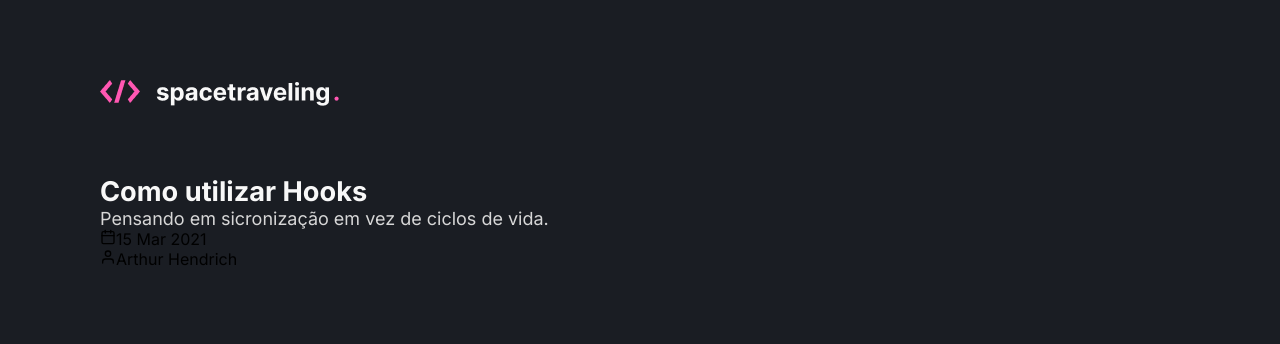
Repository: ArthurHendrich/Ignite-NextJS
Page: /
An editor plug-in stored every save of this project. The page is shown before and after the next save, followed by the edit.
The browser window is 1280 px wide. The pictures show the whole page.
The project was rebuilt for these pictures with package versions that can differ from the ones it lists, and the page was loaded fresh each time. The framework's server and built-in components were replaced by stand-ins that run in the browser.

Above is the page before, as saved 2022-07-09 15:41:17.

### src/pages/_document.tsx
import Document, { Head, Html, Main, NextScript } from 'next/document';

export default class MyDocument extends Document {
  render() {
    return (
      <Html>
        <Head>
          <link rel="preconnect" href="https://fonts.googleapis.com" />
          <link href="https://fonts.googleapis.com/css2?family=Inter:wght@400;600;700&display=swap" rel="stylesheet" />
        </Head>
        <body>
          <Main />
          <NextScript />
        </body>
      </Html>
    );
  }
}

### src/pages/index.tsx
import { GetStaticProps } from 'next';

import { getPrismicClient } from '../services/prismic';

import commonStyles from '../styles/common.module.scss';
import styles from './home.module.scss';
import { FiCalendar, FiUser } from 'react-icons/fi';

interface Post {
  uid?: string;
  first_publication_date: string | null;
  data: {
    title: string;
    subtitle: string;
    author: string;
  };
}

interface PostPagination {
  next_page: string;
  results: Post[];
}

interface HomeProps {
  postsPagination: PostPagination;
}

export default function Home() {
  return (
    <main className={commonStyles.Container}>
      <div className={styles.Container}>
        <h1>Como utilizar Hooks</h1>
        <p>Pensando em sicronização em vez de ciclos de vida.</p>
        <div className={styles.ContentInfo}>
          <div className={styles.Date}>
            <FiCalendar />
            <span>15 Mar 2021</span>
          </div>
          <div className={styles.Author}>
            <FiUser />
            <span>Arthur Hendrich</span>
          </div>
        </div>
      </div>
    </main>
  );
}

// export const getStaticProps = async () => {
//   const prismic = getPrismicClient({});
//   const postsResponse = await prismic.getByType(TODO);

//   TODO
// };

### src/components/Header/index.tsx
import styles from './header.module.scss';

export default function Header() {
  return (
    <header className={styles.Container}>
        <img src="images/Logo.png" alt="logo"/>
    </header>
  )
}

### src/styles/globals.scss
* {
  box-sizing: border-box;
  margin: 0;
  padding: 0;
}

:root {
  --Highlight: #FF57B2;
  --Heading: #F8F8F8;
  --Background: #1A1D23;
  --Info: #BBBBBB;
  --Body: #D7D7D7;
}


@media (max-width: 1080px) {
  html {
    font-size: 93.75%;
  }
}

@media (max-width: 720px) {
  html {
    font-size: 87.5%;
  }
}

body{
  background: var(--Background);
}

body, input, textarea, select, button {
  font: 400 1rem 'Inter', sans-serif;
}

button {
  cursor: pointer;
}

a {
  color: inherit;
  text-decoration: none;
}

### src/styles/common.module.scss
.Container {
  max-width: 1080px;
  margin: 0 auto;
}

### src/pages/home.module.scss
.Container {
  margin-top: 4.0625rem;

  h1 {
    font-size: 1.7rem;
    color: var(--Heading);
  }

  p {
    font-size: 1.125rem;
    color: var(--Body);
  }
}

### src/components/Header/header.module.scss
.Container {
  max-width: 1080px;
  margin: 0 auto;
  margin-top: 5rem;
}

Loaded but not shown: src/pages/_app.tsx (common file)

After the next save:
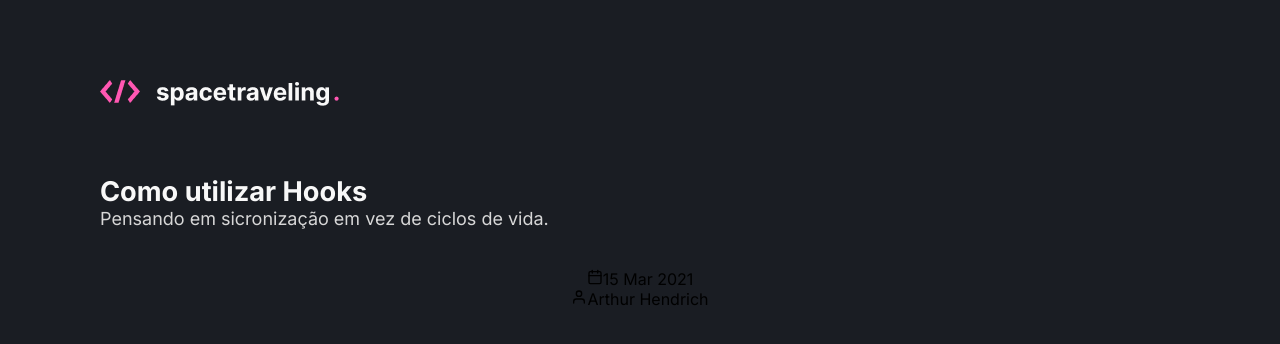
Saved 28 s later.
--- a/src/pages/home.module.scss
+++ b/src/pages/home.module.scss
@@ -10,4 +10,12 @@
     font-size: 1.125rem;
     color: var(--Body);
   }
+
+  .ContentInfo {
+    display: flex;
+    flex-direction: column;
+    align-items: center;
+    justify-content: center;
+    margin-top: 2.5rem;
+  }
 }
